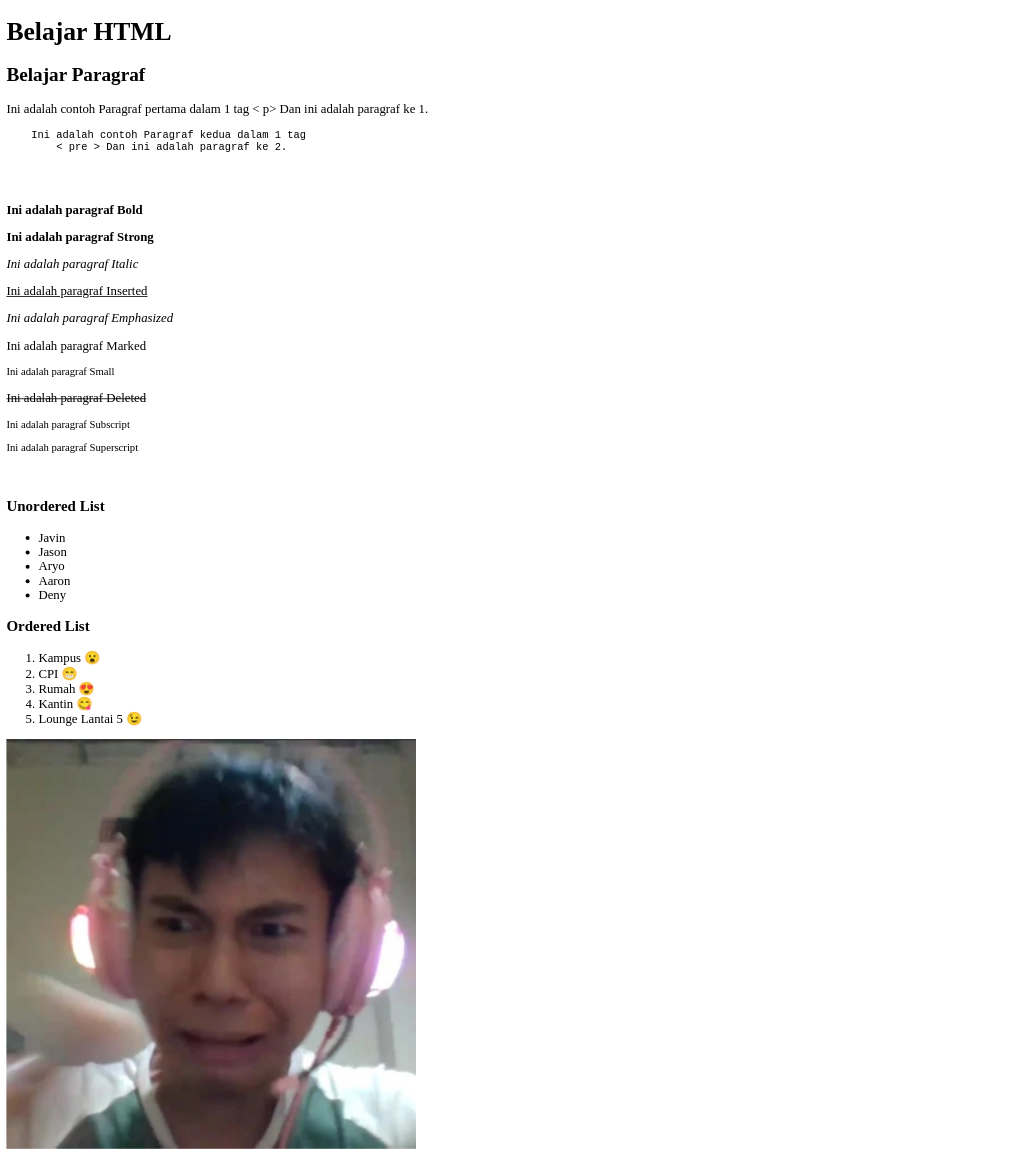
Repository: Gibekkk/WebPro
Page: Tugas HTML 1/index.html
The author's editor kept a copy of each file at every save. The page is drawn from the files as they stood at one save, then again after the next save.
The browser window is 1280 px wide. The pictures show the whole page, at 80% of full size.

Above is the page before, as saved 2024-03-25 10:17:51.

After the next save:
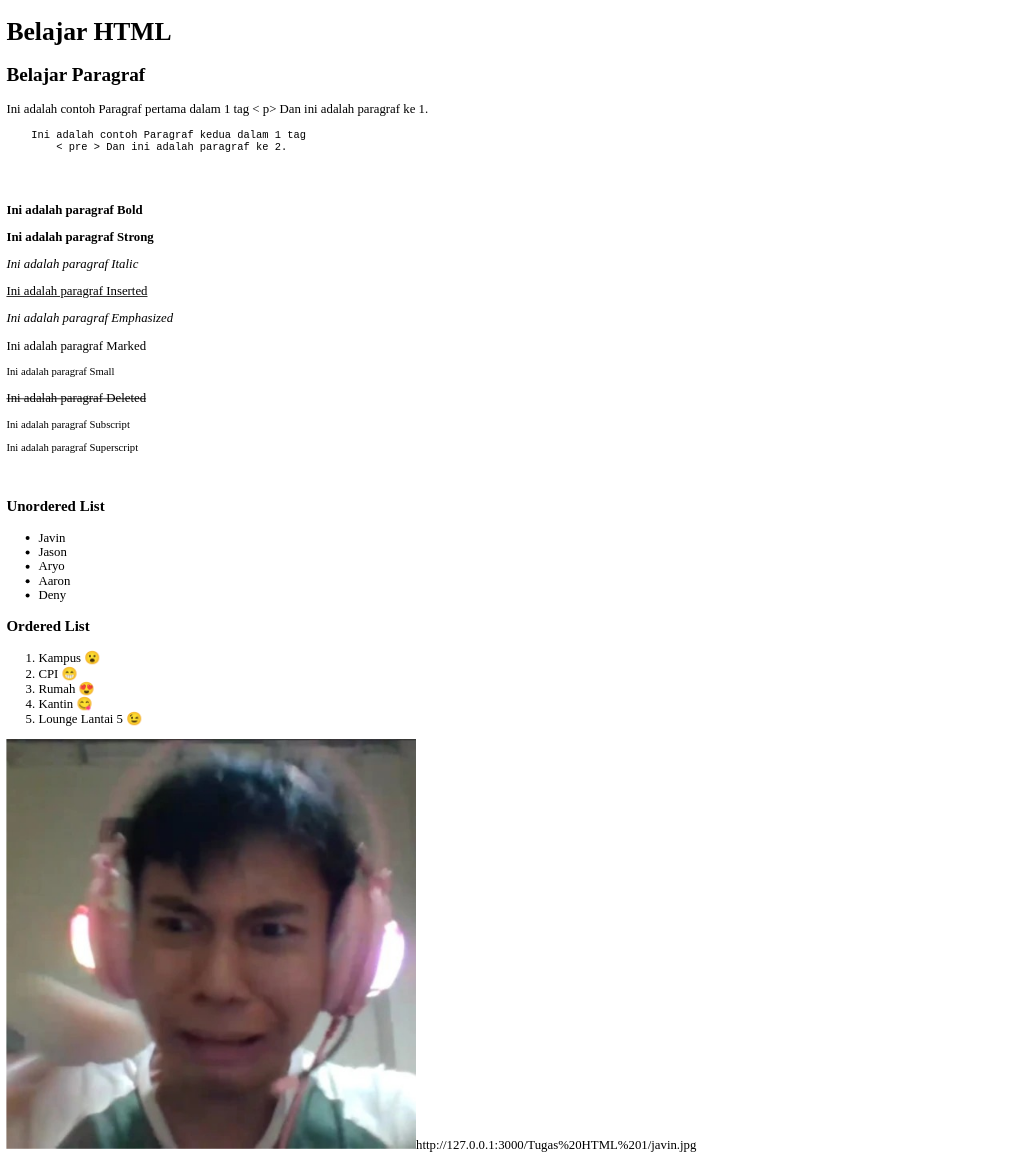
Saved 16 s later.
--- a/Tugas HTML 1/index.html
+++ b/Tugas HTML 1/index.html
@@ -67,7 +67,7 @@
         <li>Kantin 😋</li>
         <li>Lounge Lantai 5 😉</li>
     </ol>
-    <img src="javin.jpg" alt="Javin">
+    <img src="javin.jpg" alt="Javin">http://127.0.0.1:3000/Tugas%20HTML%201/javin.jpg
 </body>
 
 </html>

After the save that followed:
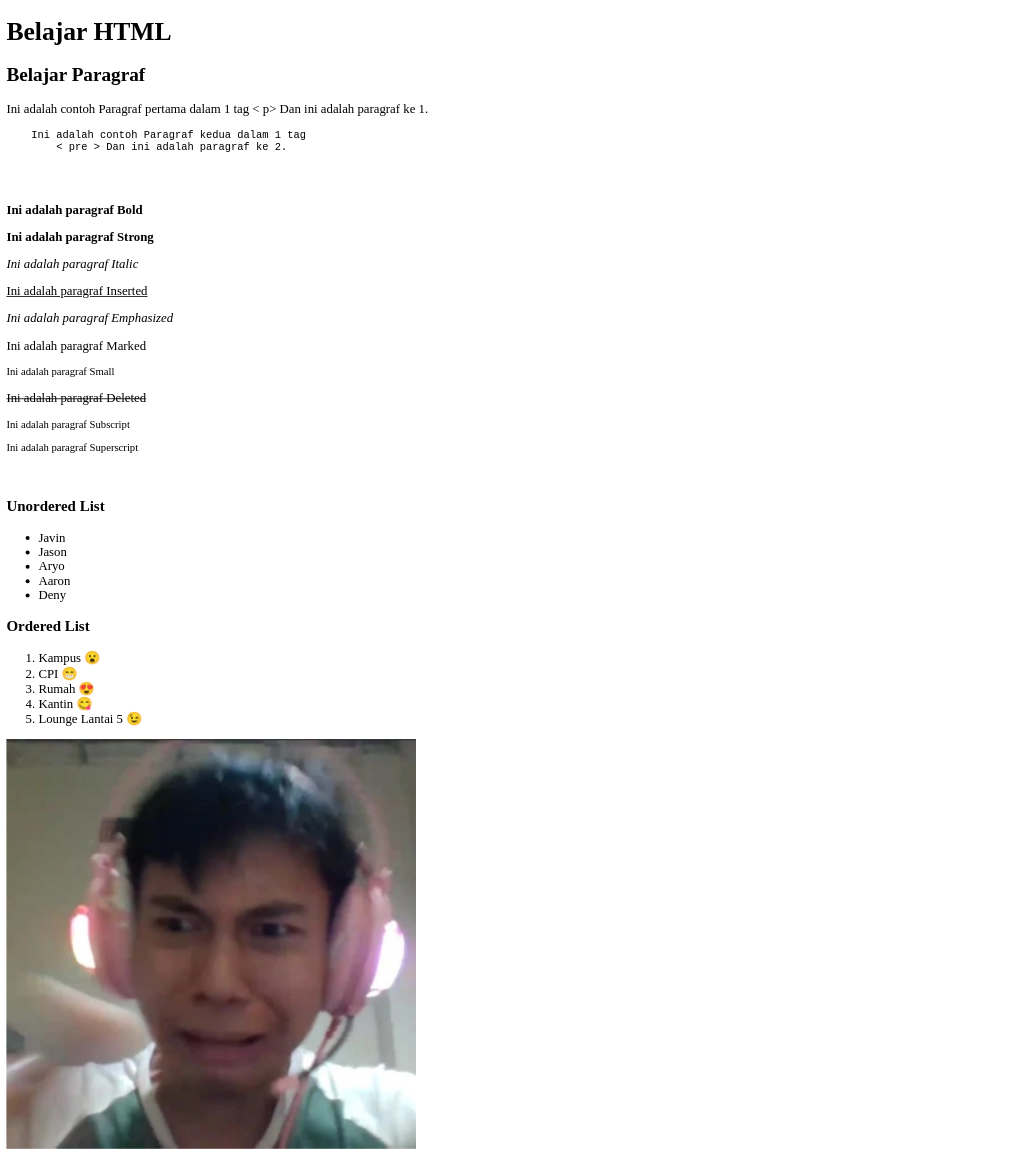
Saved 4 s later.
--- a/Tugas HTML 1/index.html
+++ b/Tugas HTML 1/index.html
@@ -67,7 +67,7 @@
         <li>Kantin 😋</li>
         <li>Lounge Lantai 5 😉</li>
     </ol>
-    <img src="javin.jpg" alt="Javin">http://127.0.0.1:3000/Tugas%20HTML%201/javin.jpg
+    <img src="javin.jpg" alt="Javin">
 </body>
 
 </html>
